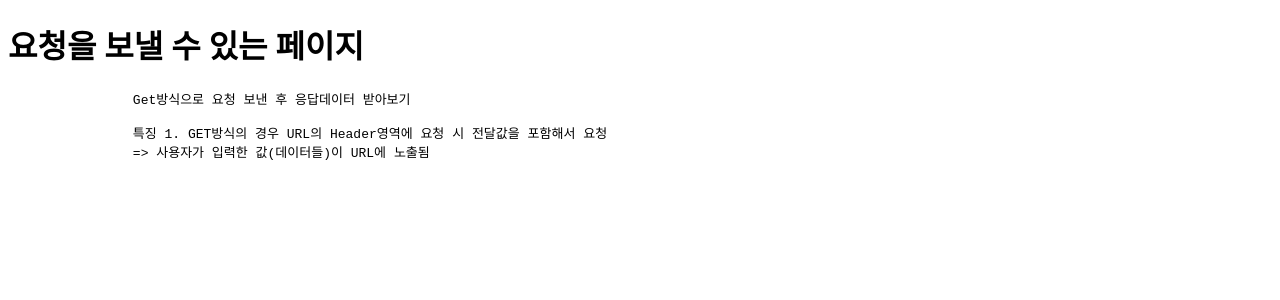
Repository: Simyoungdo04/dynamic-workspace
Page: FirstProject/src/main/webapp/views/request_get.html
These files come from the project's save history. The page is drawn as it stood at one moment and after the next save; the edit follows.
The browser window is 1280 px wide. The pictures show the whole page.

Above is the page before, as saved 2026-05-04 03:39:52.

### FirstProject/src/main/webapp/views/request_get.html
<!DOCTYPE html>
<html>
<head>
<meta charset="UTF-8">
<title>요청 페이지</title>
</head>
<body>

	<h1>요청을 보낼 수 있는 페이지</h1>

	<pre>
		Get방식으로 요청 보낸 후 응답데이터 받아보기

		특징 1. GET방식의 경우 URL의 Header영역에 요청 시 전달값을 포함해서 요청
		=> 사용자가 입력한 값(데이터들)이 URL에 노출됨
	</pre>

</body>
</html>

After the next save:
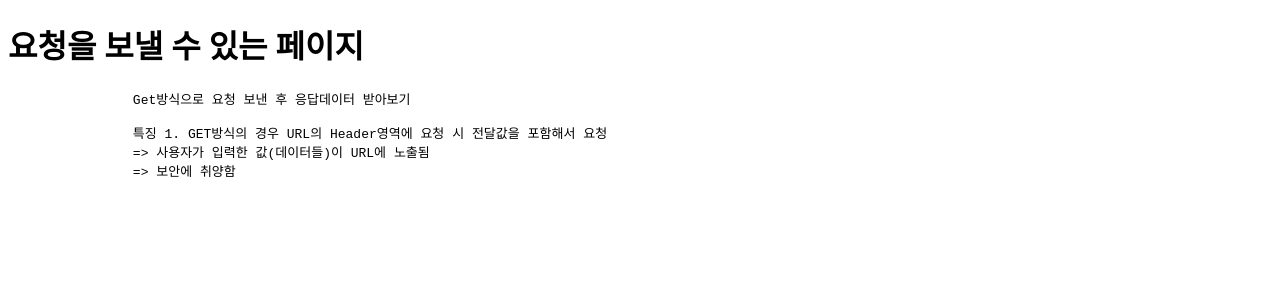
Saved 7 s later.
--- a/FirstProject/src/main/webapp/views/request_get.html
+++ b/FirstProject/src/main/webapp/views/request_get.html
@@ -13,6 +13,7 @@
 
 		특징 1. GET방식의 경우 URL의 Header영역에 요청 시 전달값을 포함해서 요청
 		=> 사용자가 입력한 값(데이터들)이 URL에 노출됨
+		=> 보안에 취양함
 	</pre>
 
 </body>
